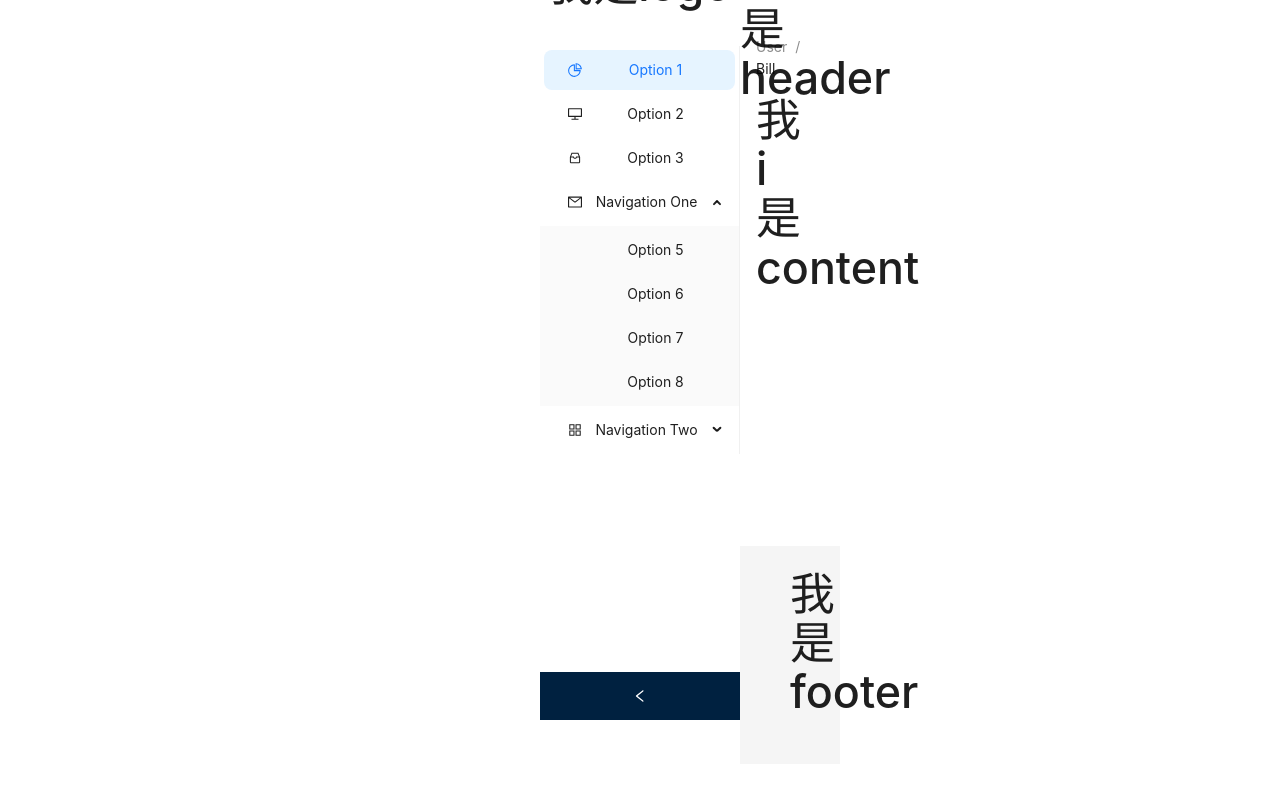
Repository: chenyl8848/chen-tool-collection
Page: /
An editor plug-in stored every save of this project. The page is shown before and after the next save, followed by the edit.
The browser window is 1280 px wide. The pictures show the whole page.
The project was rebuilt for these pictures with package versions that can differ from the ones it lists, and the page was loaded fresh each time. Also part of the build but not shown: vite.config.ts, src/components/HelloWorld.vue.

Above is the page before, as saved 2024-01-09 11:16:51.

After the next save:
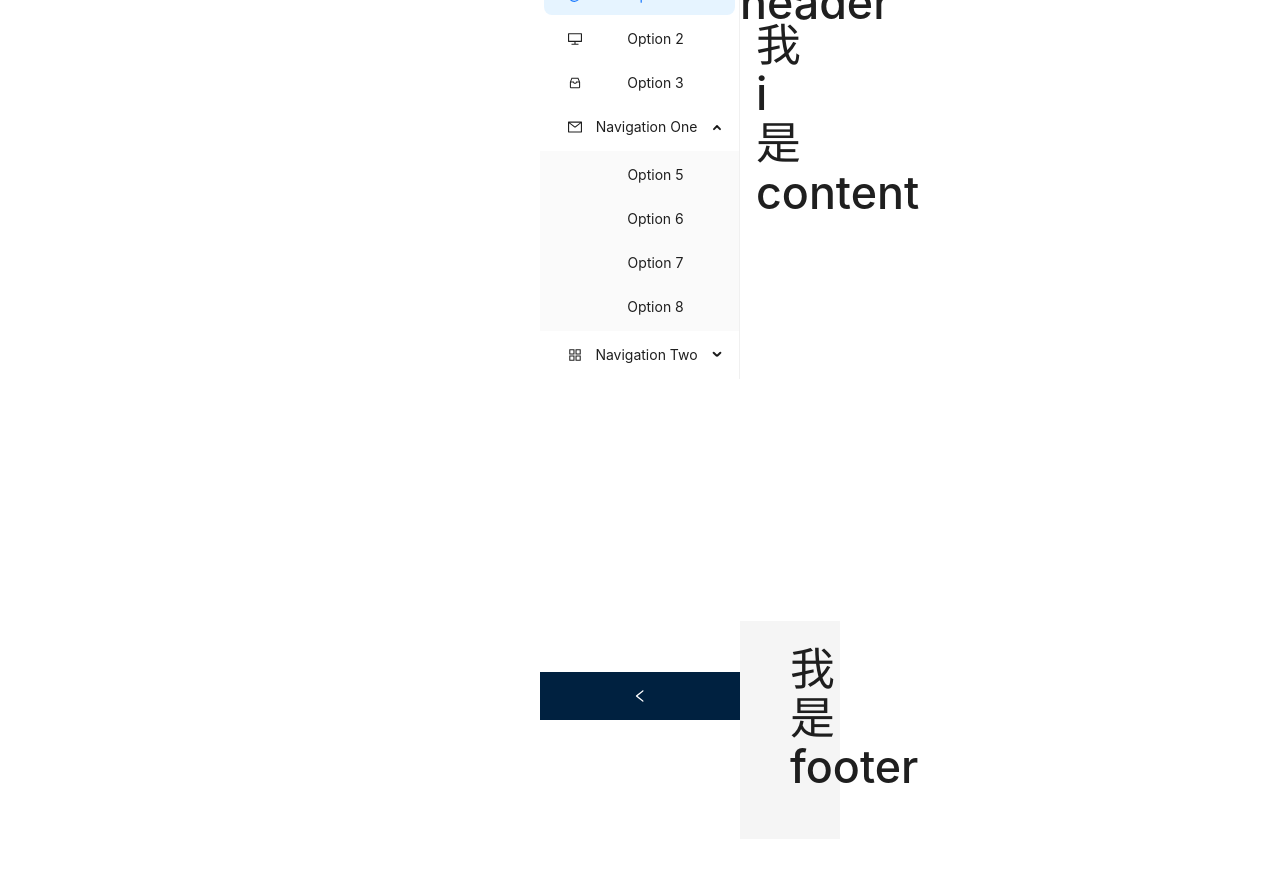
Saved 6 s later.
--- a/src/layout/content/index.vue
+++ b/src/layout/content/index.vue
@@ -13,6 +13,6 @@
 .content {
   padding: '24px';
   background: white;
-  min-height: 450px
+  min-height: 600px
 }
 </style>
